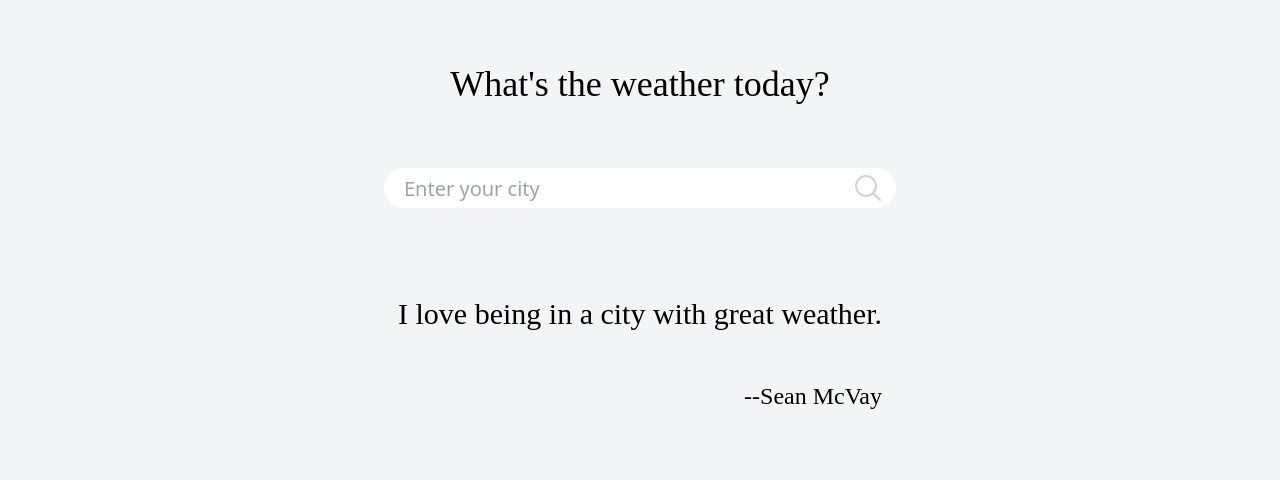
Repository: Tiaanz/Weather-App
Page: /
An editor plug-in stored every save of this project. The page is shown before and after the next save, followed by the edit.
The browser window is 1280 px wide. The pictures show the whole page.
The project was rebuilt for these pictures with package versions that can differ from the ones it lists, and the page was loaded fresh each time.

Above is the page before, as saved 2023-03-05 20:54:25.

### src/index.js
//引入React核心库
import React from 'react';
//引入ReactDom
import ReactDom from 'react-dom/client';
//引入APP组件
import App from './App';
import './index.css'








//v18版本
 const root = ReactDom.createRoot(document.getElementById('root'));//创建虚拟DOM的插入节点，即原生DOM的节点
 const element = <App/> //声明组件
 root.render(element); //渲染组件到页面， 虚拟DOM到原生DOM

### src/App.js
import React, { useState, useEffect } from 'react'
// import Weather from './components/Weather'
import Quote from './components/Quote'

const App = () => {
  const [searchPlace, setSearchPlace] = useState('')
  const [cityName, setCityName] = useState('')
  const [country, setCountry] = useState('')
  const [time, setTime] = useState('')
  const [temp, setTemp] = useState('')
  const [tempImg, setTempImg] = useState('')
  const [condition, setCondition] = useState('')
  const [feelsLike, setfeelsLike] = useState('')
  const [wind, setWind] = useState('')
  const [humidity, setHumidity] = useState('')
  const [uv, setUv] = useState('')
  const [showQuote, setShowQuote] = useState(true)

  const API_URL = 'https://weatherapi-com.p.rapidapi.com/current.json'

  // useEffect(() => {
  //   document.body.style.backgroundColor = 'grey'
  // }, [])

  const searchWeather = (city) => async (e) => {
    e.preventDefault()
    try {
      // e.preventDefault()
      const response = await fetch(`${API_URL}?q=${city}`, {
        method: 'GET',
        headers: {
          'X-RapidAPI-Key':
            '6cda750ddbmsh3e2d299b52be602p1f7255jsn589c028d6d61',
          'X-RapidAPI-Host': 'weatherapi-com.p.rapidapi.com',
        },
      })
      const weatherObj = await response.json()
      const {
        location: { name, country, localtime },
        current: {
          temp_c,
          wind_kph,
          humidity,
          feelslike_c,
          uv,
          condition: { text, icon },
        },
      } = weatherObj
      const imgSrc = `http:${icon}`

      setCityName(name)
      setCountry(country)
      setTime(localtime)
      setTemp(temp_c)
      setTempImg(imgSrc)
      setCondition(text)
      setfeelsLike(feelslike_c)
      setWind(wind_kph)
      setHumidity(humidity)
      setUv(uv)
      setShowQuote(false)
    } catch (error) {
      console.log('wrong~~')
    }
  }
  return (
    <div>
      <h1 className="text-3xl sm:text-4xl my-16 font-header text-center">
        What's the weather today?
      </h1>
      <main className="flex flex-col items-center">
        {/* search bar */}
        <div className="w-full ">
          <form
            className="w-full flex justify-center"
            onSubmit={searchWeather(searchPlace)}
          >
            <div className=" w-3/4 sm:w-3/5 md:w-2/4  lg:w-2/5 flex items-center relative">
              <input
                className=" h-10 px-5 pr-10 rounded-full w-full text-lg sm:text-xl focus:outline-none"
                placeholder="Enter your city"
                type="text"
                value={searchPlace}
                onChange={(e) => setSearchPlace(e.target.value)}
              />
              <button type="submit" className="absolute right-3">
                <svg
                  xmlns="http://www.w3.org/2000/svg"
                  fill="none"
                  viewBox="0 0 24 24"
                  strokeWidth={1.5}
                  stroke="currentColor"
                  className="w-8 h-8 text-slate-300"
                >
                  <path
                    strokeLinecap="round"
                    strokeLinejoin="round"
                    d="M21 21l-5.197-5.197m0 0A7.5 7.5 0 105.196 5.196a7.5 7.5 0 0010.607 10.607z"
                  />
                </svg>
              </button>
            </div>
          </form>
        </div>
        {/* weather display card */}
      {showQuote ? <Quote/>:<div className="my-10 px-10 w-3/4 sm:w-3/5 md:w-2/4 lg:w-2/5  border rounded-2xl min-w-fit">
          <h2 className="text-3xl sm:text-5xl my-6  ">
            {cityName}, {country}
          </h2>

          <div className="flex items-center">
            <span className="text-5xl">{temp}°C</span>
            <img className="mx-10" src={tempImg} alt="" />
            <p className="text-2xl sm:text-3xl">{condition}</p>
          </div>
          <p className="text-2xl sm:text-3xl">Feels like: {feelsLike}°C</p>
          <div className="text-2xl leading-9 mt-10">
            <div className="flex">
              <span className="mr-3">
                <svg
                  width="20px"
                  height="20px"
                  viewBox="0 0 24 24"
                  fill="none"
                  xmlns="http://www.w3.org/2000/svg"
                >
                  <path
                    d="M2 15H18.5C20.43 15 22 16.57 22 18.5C22 20.43 20.43 22 18.5 22C16.57 22 15 20.43 15 18.5V18"
                    stroke="#292D32"
                    strokeWidth="1.5"
                    strokeMiterlimit="10"
                    strokeLinecap="round"
                    strokeLinejoin="round"
                  />
                  <path
                    d="M2 12H18.5C20.42 12 22 10.43 22 8.5C22 6.58 20.42 5 18.5 5C16.58 5 15 6.57 15 8.5V9"
                    stroke="#292D32"
                    strokeWidth="1.5"
                    strokeMiterlimit="10"
                    strokeLinecap="round"
                    strokeLinejoin="round"
                  />
                  <path
                    d="M2 9H9.31C10.8 9 12 7.79 12 6.31C12 4.82 10.79 3.62 9.31 3.62C7.82 3.62 6.62 4.83 6.62 6.31V6.69"
                    stroke="#292D32"
                    strokeWidth="1.5"
                    strokeMiterlimit="10"
                    strokeLinecap="round"
                    strokeLinejoin="round"
                  />
                </svg>
              </span>
              <p>Wind: {wind}kph</p>
            </div>
            <div className="flex">
              <span className="mr-3">
                <svg
                  width="20px"
                  height="20px"
                  viewBox="0 0 24 24"
                  xmlns="http://www.w3.org/2000/svg"
                >
                  <path d="M12,6.36c2,2.58,4,5.87,4,7.64a4,4,0,0,1-8,0c0-1.77,2-5.06,4-7.64M12,3.2S6,10,6,14a6,6,0,0,0,12,0c0-4-6-10.8-6-10.8Z" />
                  <rect width="24" height="24" fill="none" />
                </svg>
              </span>
              <p>Humidity: {humidity}%</p>
            </div>
            <div className="flex">
              <span className="mr-3">
                <svg
                  width="20px"
                  height="20px"
                  viewBox="0 0 24 24"
                  fill="none"
                  xmlns="http://www.w3.org/2000/svg"
                >
                  <path
                    d="M12 17.75C10.8628 17.75 9.75106 17.4128 8.80547 16.781C7.85989 16.1491 7.1229 15.2511 6.6877 14.2004C6.25249 13.1498 6.13862 11.9936 6.36049 10.8782C6.58235 9.76284 7.12999 8.73829 7.93414 7.93414C8.73829 7.12999 9.76284 6.58235 10.8782 6.36049C11.9936 6.13862 13.1498 6.25249 14.2004 6.6877C15.2511 7.1229 16.1491 7.85989 16.781 8.80547C17.4128 9.75106 17.75 10.8628 17.75 12C17.7474 13.5242 17.1407 14.9852 16.0629 16.0629C14.9852 17.1407 13.5242 17.7474 12 17.75ZM12 7.75C11.1594 7.75 10.3377 7.99926 9.63883 8.46626C8.93992 8.93325 8.39519 9.59701 8.07351 10.3736C7.75184 11.1502 7.66768 12.0047 7.83167 12.8291C7.99565 13.6536 8.40043 14.4108 8.9948 15.0052C9.58917 15.5996 10.3464 16.0044 11.1709 16.1683C11.9953 16.3323 12.8498 16.2482 13.6264 15.9265C14.403 15.6048 15.0668 15.0601 15.5337 14.3612C16.0007 13.6623 16.25 12.8406 16.25 12C16.2474 10.8736 15.7987 9.79417 15.0023 8.99772C14.2058 8.20126 13.1264 7.75264 12 7.75Z"
                    fill="#000000"
                  />
                  <path
                    d="M12 5C11.8019 4.99741 11.6126 4.91756 11.4725 4.77747C11.3324 4.63737 11.2526 4.44811 11.25 4.25V2.75C11.25 2.55109 11.329 2.36032 11.4697 2.21967C11.6103 2.07902 11.8011 2 12 2C12.1989 2 12.3897 2.07902 12.5303 2.21967C12.671 2.36032 12.75 2.55109 12.75 2.75V4.25C12.7474 4.44811 12.6676 4.63737 12.5275 4.77747C12.3874 4.91756 12.1981 4.99741 12 5Z"
                    fill="#000000"
                  />
                  <path
                    d="M12 22C11.8019 21.9974 11.6126 21.9176 11.4725 21.7775C11.3324 21.6374 11.2526 21.4481 11.25 21.25V19.75C11.25 19.5511 11.329 19.3603 11.4697 19.2197C11.6103 19.079 11.8011 19 12 19C12.1989 19 12.3897 19.079 12.5303 19.2197C12.671 19.3603 12.75 19.5511 12.75 19.75V21.25C12.7474 21.4481 12.6676 21.6374 12.5275 21.7775C12.3874 21.9176 12.1981 21.9974 12 22Z"
                    fill="#000000"
                  />
                  <path
                    d="M21.25 12.75H19.75C19.5511 12.75 19.3603 12.671 19.2197 12.5303C19.079 12.3897 19 12.1989 19 12C19 11.8011 19.079 11.6103 19.2197 11.4697C19.3603 11.329 19.5511 11.25 19.75 11.25H21.25C21.4489 11.25 21.6397 11.329 21.7803 11.4697C21.921 11.6103 22 11.8011 22 12C22 12.1989 21.921 12.3897 21.7803 12.5303C21.6397 12.671 21.4489 12.75 21.25 12.75Z"
                    fill="#000000"
                  />
                  <path
                    d="M4.25 12.75H2.75C2.55109 12.75 2.36032 12.671 2.21967 12.5303C2.07902 12.3897 2 12.1989 2 12C2 11.8011 2.07902 11.6103 2.21967 11.4697C2.36032 11.329 2.55109 11.25 2.75 11.25H4.25C4.44891 11.25 4.63968 11.329 4.78033 11.4697C4.92098 11.6103 5 11.8011 5 12C5 12.1989 4.92098 12.3897 4.78033 12.5303C4.63968 12.671 4.44891 12.75 4.25 12.75Z"
                    fill="#000000"
                  />
                  <path
                    d="M6.50001 7.24995C6.30707 7.2352 6.12758 7.14545 6.00001 6.99995L4.91001 5.99995C4.83844 5.92838 4.78167 5.84341 4.74293 5.7499C4.7042 5.65639 4.68427 5.55617 4.68427 5.45495C4.68427 5.35373 4.7042 5.25351 4.74293 5.16C4.78167 5.06649 4.83844 4.98152 4.91001 4.90995C4.98158 4.83838 5.06655 4.78161 5.16006 4.74287C5.25357 4.70414 5.3538 4.6842 5.45501 4.6842C5.55623 4.6842 5.65645 4.70414 5.74996 4.74287C5.84347 4.78161 5.92844 4.83838 6.00001 4.90995L7.00001 5.99995C7.123 6.13746 7.19099 6.31547 7.19099 6.49995C7.19099 6.68443 7.123 6.86244 7.00001 6.99995C6.87244 7.14545 6.69295 7.2352 6.50001 7.24995Z"
                    fill="#000000"
                  />
                  <path
                    d="M18.56 19.31C18.4615 19.3104 18.3638 19.2912 18.2728 19.2534C18.1818 19.2157 18.0993 19.1601 18.03 19.09L17 18C16.9332 17.86 16.9114 17.7028 16.9376 17.5499C16.9638 17.3971 17.0368 17.2561 17.1465 17.1464C17.2561 17.0368 17.3971 16.9638 17.55 16.9376C17.7028 16.9113 17.8601 16.9331 18 17L19.09 18C19.2305 18.1406 19.3094 18.3312 19.3094 18.53C19.3094 18.7287 19.2305 18.9194 19.09 19.06C19.0233 19.1355 18.9419 19.1967 18.8508 19.2397C18.7597 19.2827 18.6607 19.3066 18.56 19.31Z"
                    fill="#000000"
                  />
                  <path
                    d="M17.5 7.24995C17.3071 7.2352 17.1276 7.14545 17 6.99995C16.877 6.86244 16.809 6.68443 16.809 6.49995C16.809 6.31547 16.877 6.13746 17 5.99995L18 4.90995C18.1445 4.76541 18.3406 4.6842 18.545 4.6842C18.7494 4.6842 18.9455 4.76541 19.09 4.90995C19.2345 5.05449 19.3158 5.25054 19.3158 5.45495C19.3158 5.65936 19.2345 5.85541 19.09 5.99995L18 6.99995C17.8724 7.14545 17.6929 7.2352 17.5 7.24995Z"
                    fill="#000000"
                  />
                  <path
                    d="M5.44001 19.31C5.34147 19.3104 5.24383 19.2912 5.15282 19.2534C5.06181 19.2157 4.97926 19.1601 4.91001 19.09C4.76956 18.9494 4.69067 18.7587 4.69067 18.56C4.69067 18.3612 4.76956 18.1706 4.91001 18.03L6.00001 17C6.13997 16.9331 6.2972 16.9113 6.45006 16.9376C6.60293 16.9638 6.7439 17.0368 6.85357 17.1464C6.96324 17.2561 7.03621 17.3971 7.06244 17.5499C7.08866 17.7028 7.06685 17.86 7.00001 18L6.00001 19.09C5.92728 19.1638 5.83985 19.2216 5.74338 19.2595C5.64691 19.2974 5.54356 19.3146 5.44001 19.31Z"
                    fill="#000000"
                  />
                </svg>
              </span>
              <p>UV: {uv}</p>
            </div>
          </div>
          <span className="flex justify-end">Local time: {time}</span>
        </div>}

      </main>
    </div>
  )
}

export default App

### src/index.css
@tailwind base;
@tailwind components;
@tailwind utilities;

@import url('https://fonts.googleapis.com/css2?family=Lobster&display=swap');
@import url('https://fonts.googleapis.com/css2?family=Kalam:wght@300&display=swap');

body {
  background-color: #f3f4f6;
}

* {
  margin: 0;
  padding: 0;
}

### src/components/Quote.jsx
import React from 'react'
import quotes from '../data/quotes.json'



const randomIndex=getRandomIndex(quotes.quotes)
const quote=quotes.quotes[randomIndex].quote
const author=quotes.quotes[randomIndex].author


function getRandomIndex(arr) {
  const index=Math.floor(Math.random()*arr.length)
  return index
}

const Quote = () => {



  return (
    <div className="my-10 px-10 w-3/4 sm:w-3/5 md:w-2/4 lg:w-2/5 min-w-fit font-quote">
    <p className="text-3xl my-12 text-center">{quote}</p>
    <p className="text-2xl text-right">--{author}</p>
    </div>
  )
}

export default Quote

### src/data/quotes.json
{
  "quotes": [
    {
      "author": "Sean McVay",
      "quote": "I love being in a city with great weather."
    },
    {
      "author": "Frank Lane",
      "quote": "If you want to see the sunshine, you have to weather the storm."
    },
    {
      "author": "Ravyn Lenae",
      "quote": "I'm not a fan of cold weather."
    },
    {
      "author": "Charles Dudley Warner",
      "quote": "Everybody talks about the weather, but nobody does anything about it."
    }
  ]
}

### tailwind.config.js
/** @type {import('tailwindcss').Config} */
module.exports = {
  content: ['./src/**/*.{js,jsx,ts,tsx}'],
  theme: {
    fontFamily: {
      header: ['Lobster'],
      quote: ['Kalam'],
    },
    extend: {},
  },
  plugins: [],
}

Loaded but not shown: public/index.html (common file)

After the next save:
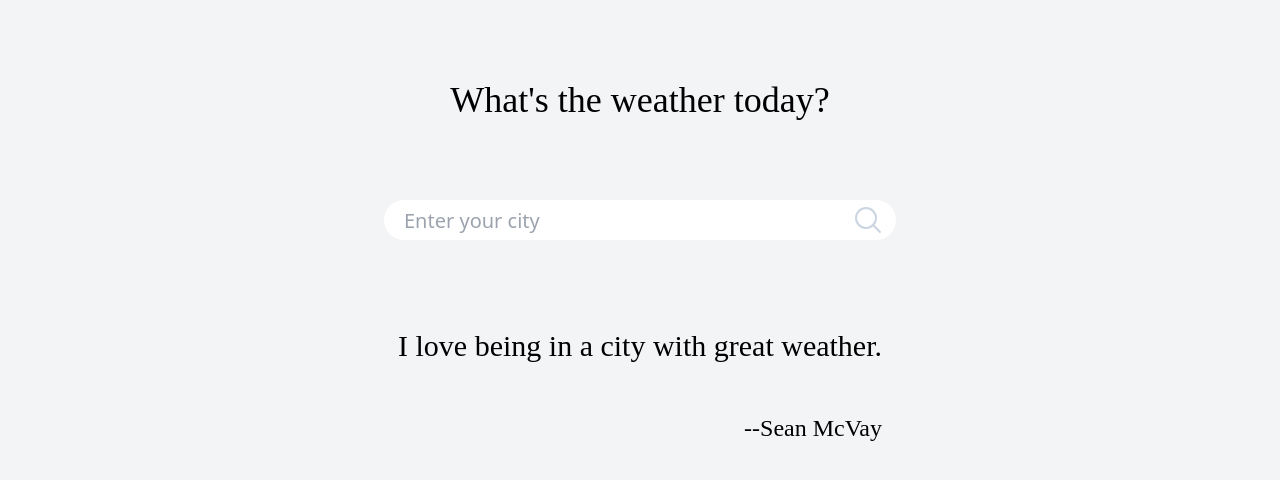
Saved 22 s later.
--- a/src/App.js
+++ b/src/App.js
@@ -65,7 +65,7 @@
   }
   return (
     <div>
-      <h1 className="text-3xl sm:text-4xl my-16 font-header text-center">
+      <h1 className="text-3xl sm:text-4xl my-20 font-header text-center">
         What's the weather today?
       </h1>
       <main className="flex flex-col items-center">
